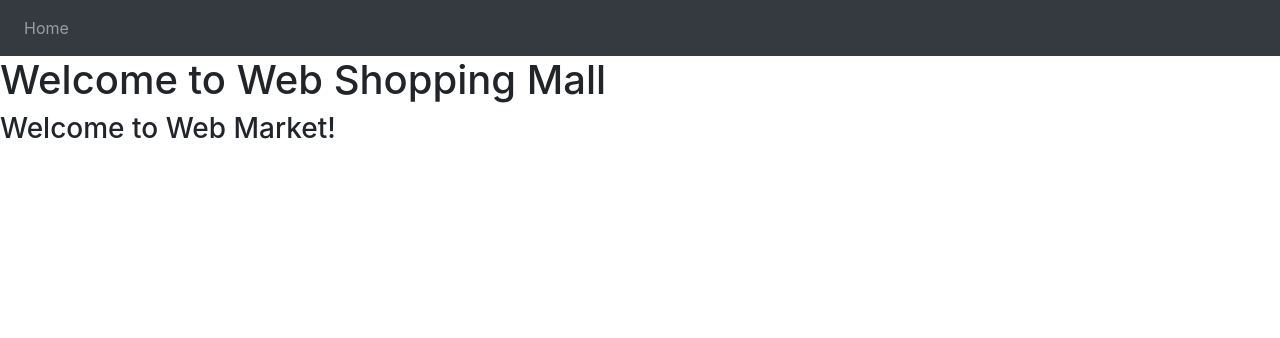
Repository: MegiLove/jspStudy
Page: http://localhost/day1210/welcome.jsp
An editor plug-in stored every save of this project. The page is shown before and after the next save, followed by the edit.
The browser window is 1280 px wide. The pictures show the whole page.
The page is served by Tomcat 9. Other server files are loaded and not shown.

Above is the page before, as saved 2021-12-10 07:37:16.

### day1210/src/main/webapp/welcome.jsp
<%@ page language="java" contentType="text/html; charset=EUC-KR"
    pageEncoding="EUC-KR"%>
<!DOCTYPE html>
<html>
<head>
<meta charset="EUC-KR">
<title>Insert title here</title>
<meta name="viewport" content="width=device-width, initial-scale=1">
  <link rel="stylesheet" href="https://maxcdn.bootstrapcdn.com/bootstrap/4.5.2/css/bootstrap.min.css">
  <script src="https://ajax.googleapis.com/ajax/libs/jquery/3.5.1/jquery.min.js"></script>
  <script src="https://cdnjs.cloudflare.com/ajax/libs/popper.js/1.16.0/umd/popper.min.js"></script>
  <script src="https://maxcdn.bootstrapcdn.com/bootstrap/4.5.2/js/bootstrap.min.js"></script>
</head>
<body>
<nav class="navbar navbar-expand-sm bg-dark navbar-dark">
	<ul class="navbar-nav">
		<li class="nav-item">
		<a class="nav-link" href="./welcome.jsp">Home</a>
		</li>
	</ul>
</nav>
<%!
	String greeting="Welcome to Web Shopping Mall";
	String tagline="Welcome to Web Market!";
%>

<h1><%=greeting %></h1>
<h3><%=tagline %></h3>
</body>
</html>

After the next save:
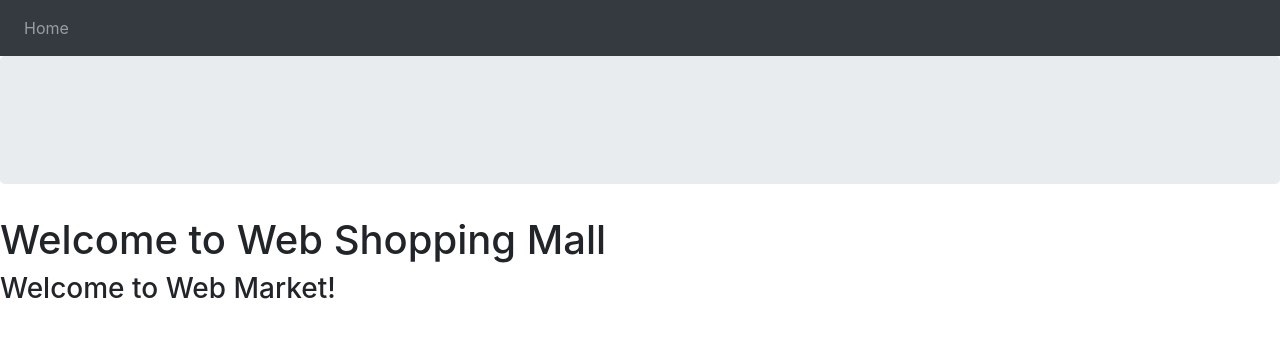
Saved 4 min 13 s later.
--- a/day1210/src/main/webapp/welcome.jsp
+++ b/day1210/src/main/webapp/welcome.jsp
@@ -24,6 +24,7 @@
 	String tagline="Welcome to Web Market!";
 %>
 
+<div class="jumbotron"></div>
 <h1><%=greeting %></h1>
 <h3><%=tagline %></h3>
 </body>
